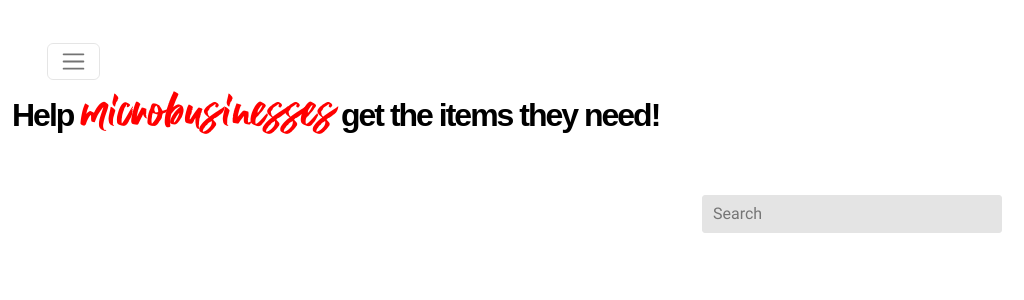
Repository: David-Waite/edableStyleChanges
Page: /
The author's editor kept a copy of each file at every save. The page is drawn from the files as they stood at one save, then again after a run of saves.
The browser window is 1024 px wide. The pictures show the whole page.
The project was rebuilt for these pictures with package versions that can differ from the ones it lists, and the page was loaded fresh each time. Also part of the build but not shown: src/components/Item/ProgressBar.css, src/components/Volunteer/Volunteer.tsx, src/components/DonorForm/Message.css, src/components/Volunteer/VolunteerError.tsx, src/components/Default.tsx, src/components/DonorForm/Paypal.tsx, src/components/DonorForm/DonorForm.tsx, src/components/Organisation/Organisation.module.css and 9 more.

Above is the page before, as saved 2022-10-27 17:56:14.

### public/index.html
<!DOCTYPE html>
<html lang="en">
  <head>
    <meta charset="utf-8" />
    <link rel="icon" href="%PUBLIC_URL%/favicon.ico" />
    <meta name="viewport" content="width=device-width, initial-scale=1" />
    <meta name="theme-color" content="#000000" />
    <meta name="description" content="EdAble Donations System" />
    <link rel="apple-touch-icon" href="%PUBLIC_URL%/logo192.png" />
    <link rel="manifest" href="%PUBLIC_URL%/manifest.json" />
    <link
      rel="stylesheet"
      href="https://cdn.jsdelivr.net/npm/bootstrap@5.2.0-beta1/dist/css/bootstrap.min.css"
      integrity="sha384-0evHe/X+R7YkIZDRvuzKMRqM+OrBnVFBL6DOitfPri4tjfHxaWutUpFmBp4vmVor"
      crossorigin="anonymous"
    />
    <title>EdAble Donations</title>
  </head>
  <body>
    <noscript>You need to enable JavaScript to run this app.</noscript>
    <div id="root"></div>
  </body>
  <script src="./iframeResizer.contentWindow.min.js"></script>
</html>

### src/index.tsx
import React from 'react';
import ReactDOM from 'react-dom/client';
import './index.css';
import App from './App';
import reportWebVitals from './reportWebVitals';
import './fonts/Roboto/Roboto-Medium.ttf';
import './fonts/Lora/Lora-VariableFont_wght.ttf';

const root = ReactDOM.createRoot(
  document.getElementById('root') as HTMLElement
);
root.render(
  <React.StrictMode>
    <App />
  </React.StrictMode>
);

// If you want to start measuring performance in your app, pass a function
// to log results (for example: reportWebVitals(console.log))
// or send to an analytics endpoint. Learn more: https://bit.ly/CRA-vitals
reportWebVitals();

### src/index.css
body {
  margin: 0;
  -webkit-font-smoothing: antialiased;
  -moz-osx-font-smoothing: grayscale;
}

code {
  font-family: source-code-pro, Menlo, Monaco, Consolas, "Courier New",
    monospace;
}

* {
  box-sizing: border-box;
}

#page-wrap {
  padding-bottom: 10px;
  padding-top: 10px;
}
@font-face {
  font-family: "Roboto";
  src: local("Roboto"),
    url("./fonts/Roboto/Roboto-Medium.ttf") format("truetype");
}

@font-face {
  font-family: "Lora";
  src: local("Lora"),
    url("./fonts/Lora/Lora-VariableFont_wght.ttf") format("truetype");
}

@font-face {
  font-family: "black_stonealternative";
  src: local("blackStone"),
    url("./fonts/BlackStone/blackstone-alternative-webfont.woff") format("woff");
}

h1 {
  font-family: "Roboto";
  font-style: normal;
  font-weight: 700;
  font-size: 52px;
  line-height: 64px;
  /* identical to box height, or 123% */
  color: #000000;
}

h2 {
  font-family: "Lora";
  font-style: normal;
  font-weight: 700;
  font-size: 47px;
  line-height: 60px;
  /* identical to box height, or 128% */
  color: #f1f1f1;
}

h3 {
  font-family: "Lora";
  font-style: normal;
  font-weight: 700;
  font-size: 40px;
  line-height: 51px;
  color: #c4c4c4;
}

h4 {
  font-family: "Roboto";
  font-style: normal;
  font-weight: 700;
  font-size: 35px;
  line-height: 43px;
  /* identical to box height, or 123% */
  letter-spacing: 0.02em;
  color: #000000;
}

h5 {
  font-family: "Roboto";
  font-style: normal;
  font-weight: 700;
  font-size: 28px;
  line-height: 44px;
  /* identical to box height, or 157% */
  color: #000000;
}

h6 {
  font-family: "Roboto";
  font-style: normal;
  font-weight: 700;
  font-size: 21px;
  line-height: 25px;
  /* identical to box height */
  color: #000000;
}

body {
  font-family: "Roboto";
  font-style: normal;
  font-weight: 400;
  font-size: 21px;
  line-height: 32px;
  /* identical to box height, or 152% */
  color: #000000;
}

### src/App.tsx
import React from "react";
import "./App.css";
import { BrowserRouter, Routes, Route } from "react-router-dom";

import { PayPalScriptProvider } from "@paypal/react-paypal-js";
import Base from "./components/Base";
import Landing from "./components/Landing/Landing";
import Volunteer from "./components/Volunteer/Volunteer";
import VolunteerError from "./components/Volunteer/VolunteerError";
import Default from "./components/Default";
import Organisation from "./components/Organisation/Organisation";
import ItemPage from "./components/Item/ItemPage";
import Success from "./components/DonorForm/Success";
import Cancel from "./components/DonorForm/Cancel";
import PastDonations from "./components/DonorForm/PastDonations";
import PastItemDonations from "./components/DonorForm/PastItemDonations";
import DonateTime from "./components/Volunteer/DonateTime";

function App() {
  return (
    <PayPalScriptProvider
      options={{
        "client-id":
        process.env.REACT_APP_PAYPAL_CLIENT_ID||"ATT3Tn46NrmHggGqVC4mzWOZWlnbp2ID9DA0yQnhsgqPFIVPPlLhfSI_-atbZc3aN7n_k7wUVTyQJMnI",
        currency: "AUD",
      }}
    >
      <BrowserRouter>
        <Routes>
          <Route path="/" element={<Base />}>
            <Route path="/" element={<Landing />} />
            <Route path="volunteer" element={<Volunteer />} />
            <Route path="success" element={<Success />} />
            <Route path="organisation/:orgId" element={<Organisation />} />
            <Route path="cancel/:orgId" element={<Cancel />} />
            <Route path="volunteererror/:orgId" element={<VolunteerError />} />
            <Route path="organisation/:orgId" element={<PastDonations />} />
            <Route path="item/:orgID/:itemID" element={<ItemPage />} />
            <Route path="item/:orgID/:itemID" element={<PastItemDonations />} />
            <Route path="volunteer/organisation/:orgId" element={<DonateTime />} />
            <Route path="volunteer/success" element={<Success />} />

            {/* Using path="*"" means "match anything", so this route
                acts like a catch-all for URLs that we don't have explicit
              routes for. */}
            <Route path="*" element={<Default />} />
          </Route>
        </Routes>
      </BrowserRouter>
    </PayPalScriptProvider>
  );
}

export default App;

### src/App.css
.App {
  text-align: center;
}

.App-logo {
  height: 40vmin;
  pointer-events: none;
}

@media (prefers-reduced-motion: no-preference) {
  .App-logo {
    animation: App-logo-spin infinite 20s linear;
  }
}

.App-header {
  background-color: #282c34;
  min-height: 100vh;
  display: flex;
  flex-direction: column;
  align-items: center;
  justify-content: center;
  font-size: calc(10px + 2vmin);
  color: white;
}

.App-link {
  color: #61dafb;
}

@keyframes App-logo-spin {
  from {
    transform: rotate(0deg);
  }
  to {
    transform: rotate(360deg);
  }
}

.font-face-rob {
  font-family: "Roboto";
}

.font-face-lora {
  font-family: "Lora";
}

.font-face-Black {
  font-family: "black_stonealternative";
}

### src/components/Base.tsx
import { Outlet } from 'react-router-dom';

function BasePage() {
  return (
    <>
      {/* An <Outlet> renders whatever child route is currently active,
          so you can think about this <Outlet> as a placeholder for
        the child routes we defined above. */}
      <Outlet/>
    </>
  );
}

export default BasePage;

### src/components/Landing/Landing.tsx
import { useEffect, useState } from "react";
import "./Landing.css";
import { Link } from "react-router-dom";
import { db } from "../../config/firebase";
import { collection, query, onSnapshot, where } from "firebase/firestore";
import { Button, Container, Carousel, Row, Col } from "react-bootstrap";
import { ReactComponent as InclusionHero } from "./InclusionHero.svg";

import Sidebar from "./Sidebar";
import ItemsCollection from "./ItemsCollection";
import Organisation from "../Organisation/Organisation";

function Landing() {
  const [orgList, setOrgList] = useState<any>([]);

  // gets all the orgs from dbs
  useEffect(() => {
    const q = query(
      collection(db, "Organisations"),
      where("activeStatus", "==", true)
    );
    onSnapshot(q, (querySnapshot) => {
      // setOrgList dumps all the orgs in orgList
      setOrgList(
        querySnapshot.docs.map((doc) => ({
          id: doc.id,
          data: doc.data(),
        }))
      );
    });
  }, []);

  useEffect(() => {
    window.scrollTo(0, 0);
  }, []);

  return (
    //   these lines set up the format of the page
    <>
      <div className="landing">
        {/* Burger menu */}
        <div className="navBarContainer">
          <Sidebar orgList={orgList} />
        </div>

        <div className="App" id="outer-container">
          {/* Carousel */}
          <Container>
            <Row>
              <Col>
                <div className="carouselContainer">
                  <Carousel
                    touch={true}
                    interval={4000}
                    indicators={true}
                    variant="light"
                  >
                    {orgList.map((org: any) => (
                      <Carousel.Item
                        key={org.id.toString()}
                        style={{
                          textAlign: "left",
                        }}
                      >
                        <Link
                          to={`organisation/${org.id}`}
                          style={{
                            textDecoration: "none",
                            color: "black",
                          }}
                        >
                          {/* this div contains the carousel item's contents and makes the whole carousel item a link (based on link tag above) */}
                          <div
                            className="carousel-contents"
                            style={{ backgroundImage: `url(${org.data.img})` }}
                          >
                            <h2 className="title">{org.data.name}</h2>
                            <div className="carousel-contents-bottom">
                              <p className="orgSummary">{org.data.summary}</p>
                              <Button
                                className="btnContribute"
                                variant="warning"
                              >
                                <div>
                                  CONTRIBUTE TO
                                  <span>{org.data.name.toUpperCase()}</span>!
                                </div>
                              </Button>
                            </div>
                          </div>
                        </Link>
                      </Carousel.Item>
                    ))}
                  </Carousel>
                </div>
              </Col>
            </Row>
          </Container>
        </div>

        <ItemsCollection orgList={orgList} />
      </div>
    </>
  );
}

export default Landing;

### src/components/Landing/Landing.css
.carousel-control-next,
.carousel-control-prev {
  width: 10%;
}

/* .landing {
  background-color: #ffffd9;
} */

.landing {
  max-width: 1000px;
  padding-top: 20px;
  margin: 0 auto 90px;
}

.title {
  font-size: 33px;
  font-family: sans-serif;
  height: auto;
  margin-bottom: 0px;
}

.header {
  /* margin-top: 15px;
  margin-left: 20px;
  margin-right: 20px; */
  padding-left: 3vw;
  padding-right: 3vw;
  /* padding-bottom: 20px; */
  padding-top: 3vh;
  background-color: black;
}

.star {
  height: 200px;
  width: 400px;
  display: block;
  margin: auto;
}

.col {
  padding: 0;
}

.navBarContainer {
  margin-left: 30px;
  margin-top: 10px;
  position: absolute;
  color: white;
}

.carousel {
  /* margin: 3px; */
  /* border-radius: 30px; */

  color: white;
  /* height: ; */
}

.carousel-contents {
  display: flex;

  flex-direction: column;
  justify-content: flex-end;

  padding: 10px 25px;
  color: white;
  height: 500px;
}

.carousel-indicators {
  margin-bottom: 10px;
}

.carousel-contents-bottom {
  display: flex;
  align-items: center;
  justify-content: space-between;
  gap: 20px;

  margin-bottom: 30px;
}

.btnContribute {
  background-color: #e50040;
  color: white;
  border: none;
  border-radius: 3px;
  padding: 10px 15px;
}

.btnContribute span {
  margin-left: 3px;
  font-size: 16px;
  font-weight: 400;
  color: white;
}

.btnContribute div {
  width: 300px;
  font-size: 16px;
  font-weight: 400;
  margin: 0;
}

.btnContribute:hover {
  background-color: #d4033e;
  color: white;
}

.orgSummary {
  font-size: 16px;
  line-height: 25px;
}

.imgCarousel {
  width: 100%;
  height: 600px;
}

@media (max-width: 1040px) {
  .section,
  .mainNav {
    padding: 0 20px;
  }
  .heroText {
    padding-left: 20px;
  }
  .sectionBackground {
    padding: 90px 20px;
  }
}
/* #carousel-indicators {
    color:rgb(17, 0, 61)
} */

/* Button {
  font-size: x-small;




   <img
                              className="imgCarousel"
                              src={org.data.img}
                              alt={`${org.data.name}` + "'s logo"}
                            />
} */

### src/config/firebase.js
import { initializeApp } from "firebase/app";
import { getFirestore } from "firebase/firestore";
import { initializeAppCheck, ReCaptchaV3Provider } from "firebase/app-check";

const firebaseConfig = {
  apiKey: "AIzaSyDs6EtNxxw7Q9vqGTd9EFzCkpK4aQ9u_dY",
  authDomain: "edable-swinburne.firebaseapp.com",
  projectId: "edable-swinburne",
  storageBucket: "edable-swinburne.appspot.com",
  messagingSenderId: "217658206897",
  appId: "1:217658206897:web:529a69fce1bf349d7ad090",
  measurementId: "G-2R2MP9QZ9F",
};

// Initialize Firebase
const app = initializeApp(firebaseConfig);
const db = getFirestore(app);

// app check
const appCheck = initializeAppCheck(app, {
  provider: new ReCaptchaV3Provider("6LcACHkiAAAAAI-dIVsdXLO9-vrCICsqM5sRRjbJ"),
  isTokenAutoRefreshEnabled: true,
});

export { db };

### src/components/Landing/Sidebar.tsx
import { useState, useEffect } from "react";
import { query, onSnapshot, collection, where } from "firebase/firestore";
import { db } from "../../config/firebase";
import { Link } from "react-router-dom";
import Navbar from "react-bootstrap/Navbar";
import Offcanvas from "react-bootstrap/Offcanvas";

type SidemenuProps = {
  pageWrapId: string;
  outerContainerId: string;
};

function Sidebar(props: any) {
  const [search, setSearch] = useState<string>("");

  const handleChange = (e: React.ChangeEvent<HTMLInputElement>) => {
    setSearch(e.target.value);
  };

  const filteredOrganisations = props.orgList.filter((Organisations: any) =>
    Organisations.data.name.toLowerCase().includes(search.toLowerCase())
  );
  return (
    <>
      <Navbar expand={false}>
        <Navbar.Toggle aria-controls={`offcanvasNavbar-expand`} />
        <Navbar.Offcanvas
          id={`offcanvasNavbar-expand`}
          aria-labelledby={`offcanvasNavbarLabel-expand`}
        >
          <Offcanvas.Header closeButton>
            <Offcanvas.Title
              id={`offcanvasNavbarLabel-expand`}
              style={{
                fontSize: "20px",
              }}
            >
              Social-enterprises supported by EdAble
            </Offcanvas.Title>
          </Offcanvas.Header>
          <Offcanvas.Body>
            <input type="text" onChange={handleChange} placeholder="Search" />
            {filteredOrganisations.map((Organisation: any) => (
              <Link
                style={{
                  textDecoration: "none",
                  color: "black",
                }}
                to={`organisation/${Organisation.id}`}
                key={Organisation.id}
              >
                <br />
                <div>{Organisation.data.name}</div>
              </Link>
            ))}
          </Offcanvas.Body>
        </Navbar.Offcanvas>
      </Navbar>
    </>
  );
}

export default Sidebar;

### src/components/Landing/ItemsCollection.tsx
import { useState, useEffect } from "react";
import {
  collectionGroup,
  query,
  onSnapshot,
  collection,
  where,
  getDocs,
} from "firebase/firestore";
import { db } from "../../config/firebase";
import Card from "react-bootstrap/Card";
import ProgressBar from "react-bootstrap/ProgressBar";
import { Link } from "react-router-dom";
import styles from "./ItemsCollection.module.css";
import "../Item/ProgressBar.css";

function ItemsCollection(props: any) {
  const [itemList, setItemList] = useState<any>([]);
  const [search, setSearch] = useState<string>("");

  useEffect(() => {
    const q = query(
      collectionGroup(db, "Items"),
      where("activeStatus", "==", true)
    );

    onSnapshot(q, async (querySnapshot) => {
      setItemList(
        querySnapshot.docs.map((doc) => ({
          id: doc.id,
          data: doc.data(),
          parentDoc: doc.ref.parent.parent?.id,
        }))
      );
    });
  }, []);

  function mergeLists() {
    const mergeList: any = [];
    itemList.map((item: any) => {
      props.orgList.map((org: any) => {
        if (item.parentDoc === org.id) {
          if (item.data.activeStatus === true) {
            mergeList.push({
              ...item,
              orgName: org.data.name,
              orgActiveStatus: org.data.activeStatus,
            });
          }
        }
      });
    });
    return mergeList;
  }

  const mergeList = mergeLists();

  const handleChange = (e: React.ChangeEvent<HTMLInputElement>) => {
    setSearch(e.target.value);
  };
  const filteredItems = mergeList.filter((item: any) =>
    item.data.name.toLowerCase().includes(search.toLowerCase())
  );
  return (
    <>
      <div className={styles.containerDiv}>
        <h2 className={styles.title}>
          Help <span>microbusinesses</span> get the items they need!
        </h2>
        <div
          className={styles.searchBar}
          style={{
            borderRadius: "3px",
            display: "flex",
            alignItems: "right",
            justifyContent: "right",
          }}
        >
          <input
            style={{ fontSize: "16px" }}
            className={styles.input}
            type="text"
            onChange={handleChange}
            placeholder="Search"
          />
        </div>

        <div className={styles.cardParentDiv}>
          {filteredItems.map((item: any) => (
            <div key={item.id.toString()} className={styles.cards}>
              <img src={item.data.img} alt={`Image of  ${item.data.name}`} />
              <div className={styles.cardBody}>
                <div>
                  <h3 className={styles.cardTitle}>
                    {item.orgName}:
                    <br />
                    <span>{item.data.name}</span>
                  </h3>

                  <p className={styles.cardDes}>{item.data.summary}</p>
                </div>

                <div className={styles.bottomHalfCard}>
                  <ProgressBar
                    striped
                    now={
                      item.data.totalDonationsValue
                        ? (item.data.totalDonationsValue /
                            item.data.initialPrice) *
                          100
                        : 0
                    }
                    label={`${Math.round(
                      (item.data.totalDonationsValue / item.data.initialPrice) *
                        100
                    )}%`}
                  />
                  <Link
                    style={{
                      textDecoration: "none",
                      color: "black",
                    }}
                    to={`item/${item.parentDoc}/${item.id}`}
                  >
                    <div className={styles.btn}>DONATE NOW!</div>
                  </Link>
                </div>
              </div>
            </div>
          ))}
        </div>
      </div>
    </>
  );
}

export default ItemsCollection;

### src/components/Landing/ItemsCollection.module.css
.containerDiv {
  /* background-color: rgb(212, 238, 249); */
  border-radius: 40px;
}

.searchBar {
  border-radius: 3px !important;
  padding: 0;
}
.title {
  font-size: 32px;
  color: black;
  font-family: sans-serif;
  margin-top: 60px;
  margin-bottom: 40px;

  letter-spacing: -2px;
}

.title span {
  font-family: "black_stonealternative";
  margin-left: 0px;
  margin-right: 0px;
  font-size: 55px;
  letter-spacing: 1px;
  font-weight: 100;
}

.input {
  margin: 10px;
  width: 300px;
  border-radius: 3px;
  padding: 2px 10px;
}

.cardParentDiv {
  margin-top: 20px;
  display: grid;
  grid-template-columns: 1fr 1fr 1fr;
  gap: 30px;
}

.bottomHalfCard {
  align-self: end;
}
.cardParentDiv img {
  width: 100%;
  height: 180px;
  object-fit: cover;
  padding: 0;
  margin: 0;
}

.cardTitle {
  font-size: 18px;
  color: black;
  font-family: sans-serif;
  height: auto;
  line-height: 25px;
}

.cardTitle span {
  color: #e50040;
}

.cardDes {
  height: 60px;
  margin-top: 0px;
  color: rgb(29, 29, 29);
  font-size: 16px;
  letter-spacing: 0.1px;
  line-height: 16px;
  font-weight: 400;
}

.btn {
  text-decoration: none;
  color: white;
  display: flex;
  align-items: center;
  justify-content: center;
  height: 40px;
  margin-top: 10px;
  margin-bottom: -15px;
  text-align: center;
  border-radius: 3px;
  font-size: 16px;
  font-weight: 400;

  background-color: #5e17a9;
}

.cardBody {
  padding: 10px 10px 30px 10px;
}

.cards {
  border-radius: 3px;
  border: none;
  background-color: #f4f4f4;
}

@media (max-width: 1200px) {
  .cards {
    flex: 25%;
  }
}
@media (max-width: 1000px) {
  .cards {
    flex: 42%;
  }
  .input {
    width: 30%;
  }
}
@media (max-width: 768px) {
  .cards {
    flex: 75%;
  }
  .input {
    width: 50%;
  }
}
@media (max-width: 630px) {
  .cards {
    flex: 100%;
  }
  .input {
    width: 70%;
  }
}
@media (max-width: 500px) {
  .input {
    width: 100%;
  }
  .containerDiv {
    padding: 15px;
  }
  .cards {
    margin-left: 0px;
    margin-right: 0px;
    box-shadow: 4px 4px 13px -4px #3f3f3f;
  }
  .itemImg {
    width: 175px;
    height: 175px;
  }
}

### src/components/DonorForm/DonorForm.css
.donorInfoContainer, .VolunteerInfoContainer {
  border-radius: 10px;
  border: 1px solid rgb(215, 215, 215);
  padding: 30px;
  min-width: 500px;
  max-width: 60%;
  background-color: white;
  display: flex;
  justify-content: center;
}

.presetButtons {
  display: flex;
  align-items: center;
  justify-content: center;
}

label {
  font-size: small;
  color: rgb(46, 46, 46);
}

input, select {
  display: block;
  box-sizing: border-box;
  width: 100%;
  border-radius: 3px;
  border: 1px solid #e4e4e4;
  padding: 10px 10px;
  margin-bottom: 1px;
  font-size: 12px;
  background-color: #e4e4e4;
}

span {
  font-size: large;
  color: red;
}

.proceedPayBtn {
  color: white;
  background-color: #FF7000;
  border-color: #FF7000;
}

button {
  border-radius: 4px;
  border: 1px solid rgb(215, 215, 215);
  padding: 5px 10px;
  font-size: 14px;
  margin: 5px;
  color:white;
  background-color: #FF7000;
  border-color: #FF7000;
}

button[type='submit'],
input[type='submit'] {
  background: #ec598f;
  color: white;
  text-transform: uppercase;
  border: none;
  margin-top: 40px;
  padding: 10px;
  font-size: 16px;
  font-weight: 400;
  letter-spacing: 10px;
}

button[type='submit']:hover,
input[type='submit']:hover {
  background: #bf1650;
}

@media screen and (max-width: 630px) {
  .donorInfoContainer, .VolunteerInfoContainer{
    width: calc(100vw - 30px);
    min-width:0px;
    max-width: 100%;
  }
}
@media screen and (max-width: 310px) {
  .donorInfoContainer, .VolunteerInfoContainer{
    padding:10px;
    padding-top: 30px;
  }
}
/* .volunteerOrgInfo{
  display: none;
} */
.DOB{
  display: block;
}
/* #isOrg:checked + .volunteerOrgInfo {
  display: block;
} */
#isOrg:checked ~ .DOB {
  display: none;
}

Loaded but not shown: src/reportWebVitals.ts (common file); public/iframeResizer.contentWindow.min.js (library)

After the next 2 saves:
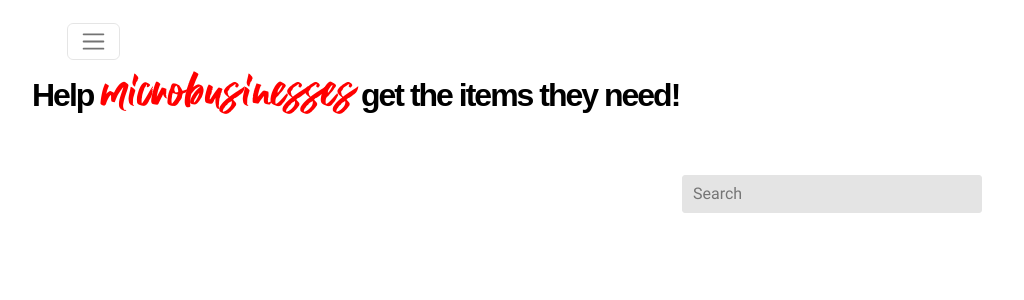
The 2 saves are shown as one change because they came seconds apart.
The last was saved 45 s later.
--- a/src/components/Landing/Landing.css
+++ b/src/components/Landing/Landing.css
@@ -2,10 +2,6 @@
 .carousel-control-prev {
   width: 10%;
 }
-
-/* .landing {
-  background-color: #ffffd9;
-} */
 
 .landing {
   max-width: 1000px;
@@ -18,24 +14,6 @@
   font-family: sans-serif;
   height: auto;
   margin-bottom: 0px;
-}
-
-.header {
-  /* margin-top: 15px;
-  margin-left: 20px;
-  margin-right: 20px; */
-  padding-left: 3vw;
-  padding-right: 3vw;
-  /* padding-bottom: 20px; */
-  padding-top: 3vh;
-  background-color: black;
-}
-
-.star {
-  height: 200px;
-  width: 400px;
-  display: block;
-  margin: auto;
 }
 
 .col {
@@ -119,15 +97,8 @@
 }
 
 @media (max-width: 1040px) {
-  .section,
-  .mainNav {
+  .landing {
     padding: 0 20px;
-  }
-  .heroText {
-    padding-left: 20px;
-  }
-  .sectionBackground {
-    padding: 90px 20px;
   }
 }
 /* #carousel-indicators {
